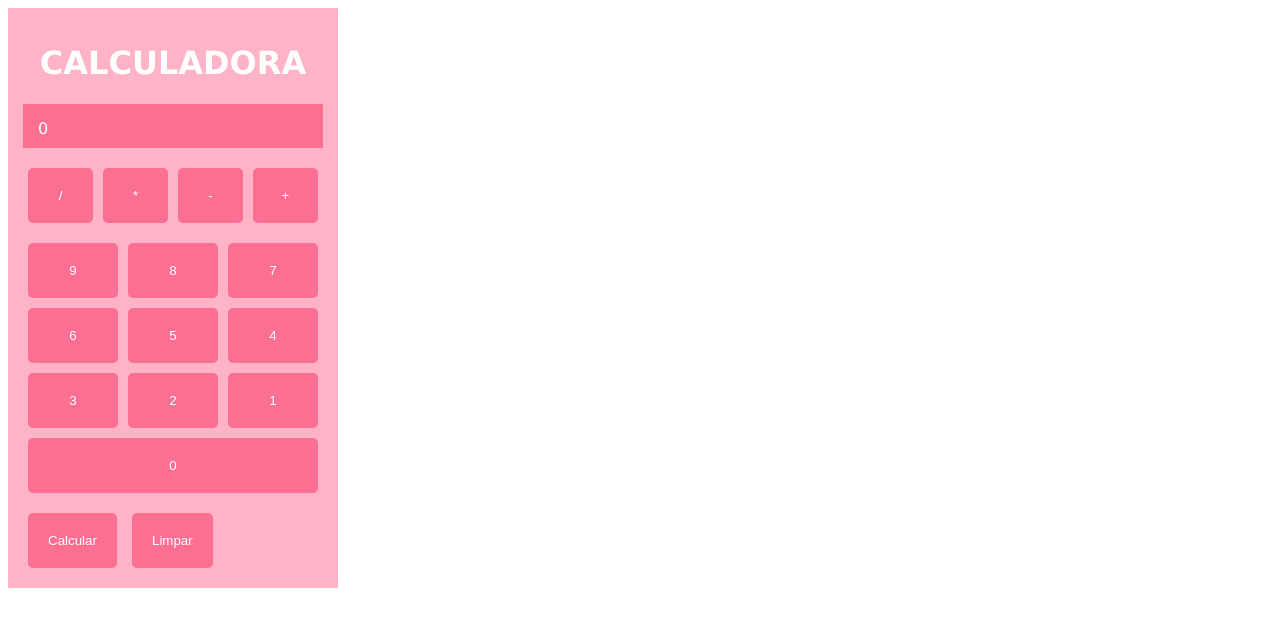
Repository: carla-seltenreich/calculator-js
Page: calculadora.html
An editor plug-in stored every save of this project. The page is shown before and after the next save, followed by the edit.
The browser window is 1280 px wide. The pictures show the whole page.

Above is the page before, as saved 2022-08-15 21:44:54.

### calculadora.html
<!DOCTYPE html>
<html lang="en">
<head>
    <meta charset="UTF-8">
    <meta http-equiv="X-UA-Compatible" content="IE=edge">
    <meta name="viewport" content="width=device-width, initial-scale=1.0">
    <title>Calculadora</title>
    <style>
        body {
            font-family: Verdana;
        }

        .calc-title {
            color: white;
            text-align: center;
        }
        .calc {
            max-width: 300px;
            padding: 15px;
            background: #ffb3c6;
        }
        .calc-display {
            padding: 15px;
            height: 14px;
            margin-bottom: 15px;
            background: #fb6f92;
            color: white;
        }
        .calc-btn {
            padding: 20px;
            background: #fb6f92;
            border: none;
            cursor: pointer;
            color: white;
            border-radius: 5px;
            margin: 5px;
        }
        .calc-operators {
            display: flex;
            margin-bottom: 10px;
        }
        .calc-operators .calc-btn {
            width: 100%;
        }
        .calc-numbers {
            display: flex;
            flex-wrap: wrap;
            margin-bottom: 10px;
        }
        .calc-numbers .calc-btn {
            flex: 1 0 25%;
        }

    </style>
</head>
<body>
    <div class="calc">
        <h1 class="calc-title">CALCULADORA</h1>
        <div class="calc-display">
            0
        </div>
        <div class="calc-operators">
            <button class="calc-btn" onclick="handleClick('/')">/</button>
            <button class="calc-btn" onclick="handleClick('*')">*</button>
            <button class="calc-btn" onclick="handleClick('-')">-</button>
            <button class="calc-btn" onclick="handleClick('+')">+</button>
        </div>
        <div class="calc-numbers">
            <button class="calc-btn" onclick="handleClick('9')">9</button>
            <button class="calc-btn" onclick="handleClick('8')">8</button>
            <button class="calc-btn" onclick="handleClick('7')">7</button>
            <button class="calc-btn" onclick="handleClick('6')">6</button>
            <button class="calc-btn" onclick="handleClick('5')">5</button>
            <button class="calc-btn" onclick="handleClick('4')">4</button>
            <button class="calc-btn" onclick="handleClick('3')">3</button>
            <button class="calc-btn" onclick="handleClick('2')">2</button>
            <button class="calc-btn" onclick="handleClick('1')">1</button>
            <button class="calc-btn" onclick="handleClick('0')">0</button>
        </div>
        <button type="button" class="calc-btn" onclick="calc()">Calcular</button>
        <button type="button" class="calc-btn" onclick="clean()">Limpar</button>
    </div>

    <script src="calculadora.js">

    </script>
</body>
</html>

### calculadora.js
var display = "" //variavel pra consumo interno
var $display = document.querySelector('.calc-display') //variavel do elemento dom

//limpa display
function clean() {
    display = ""
    updateDisplay(display)
}
function validate(operator) {
    let operators = ['+', '-', '*', '/']

    // Valida se já não existe operador como último caracter
    if (operators.indexOf(operator) > -1) {
        if (display.length == 0) {
            return false
        }

        return operators.indexOf(display[display.length - 1]) == -1
    }

    return true
}

//calcula
function calc() {
    try {
        var computed = eval(display)

        updateDisplay(computed)
    } catch (error) {
        updateDisplay('erro')
    }
}
//atualiza a tela
function updateDisplay(value) {
    $display.innerHTML = value
}
//cuida co click dos botões
function handleClick(value) {
    if(validate(value)) {
        display += value
        updateDisplay(display)
    }
}

After the next save:
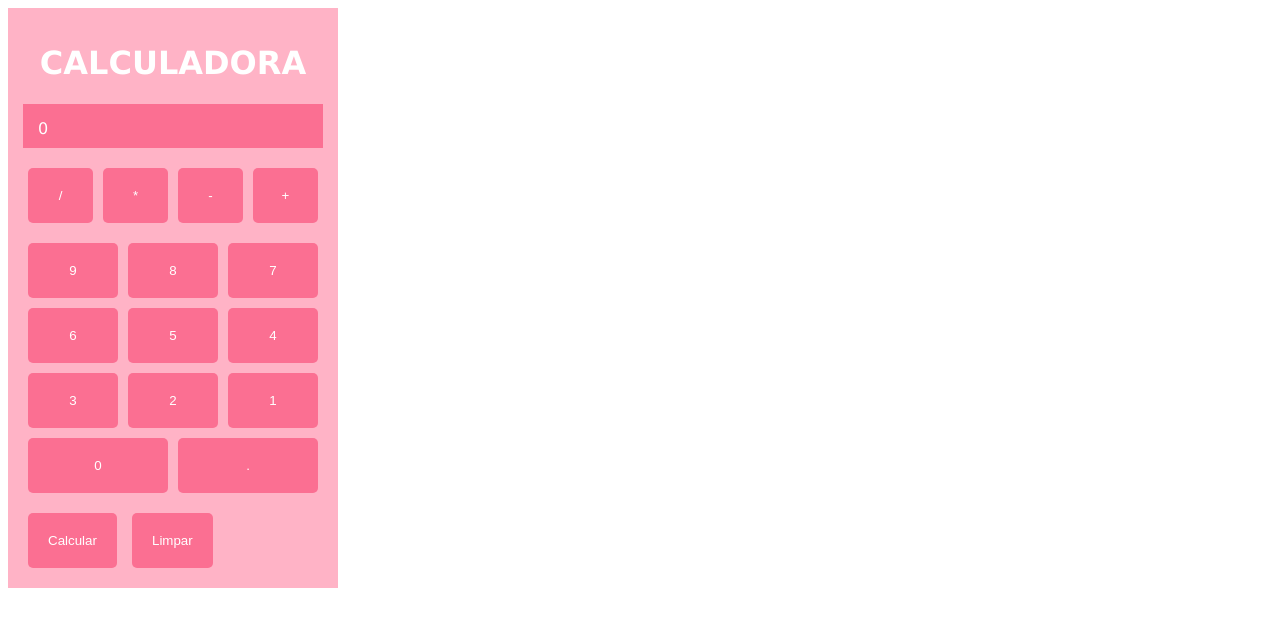
Saved 17 min 3 s later.
--- a/calculadora.html
+++ b/calculadora.html
@@ -76,6 +76,7 @@
             <button class="calc-btn" onclick="handleClick('2')">2</button>
             <button class="calc-btn" onclick="handleClick('1')">1</button>
             <button class="calc-btn" onclick="handleClick('0')">0</button>
+            <button class="calc-btn" onclick="handleClick('.')">.</button>
         </div>
         <button type="button" class="calc-btn" onclick="calc()">Calcular</button>
         <button type="button" class="calc-btn" onclick="clean()">Limpar</button>

After the save that followed:
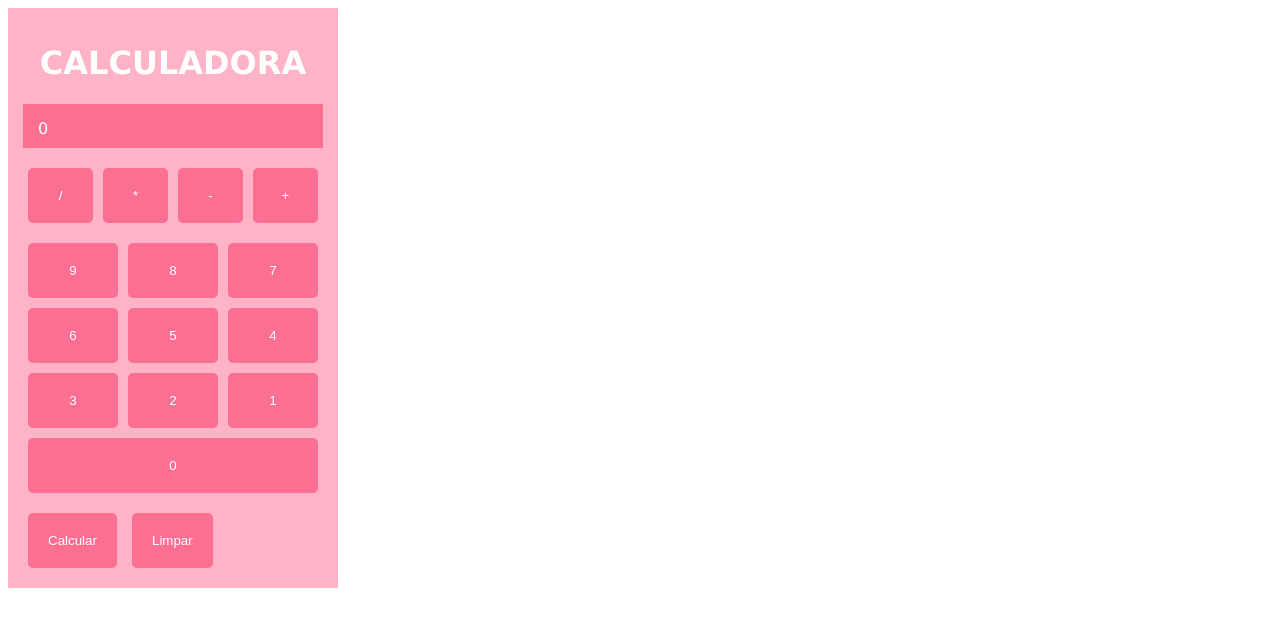
Saved 51 s later.
--- a/calculadora.html
+++ b/calculadora.html
@@ -76,7 +76,7 @@
             <button class="calc-btn" onclick="handleClick('2')">2</button>
             <button class="calc-btn" onclick="handleClick('1')">1</button>
             <button class="calc-btn" onclick="handleClick('0')">0</button>
-            <button class="calc-btn" onclick="handleClick('.')">.</button>
+
         </div>
         <button type="button" class="calc-btn" onclick="calc()">Calcular</button>
         <button type="button" class="calc-btn" onclick="clean()">Limpar</button>
